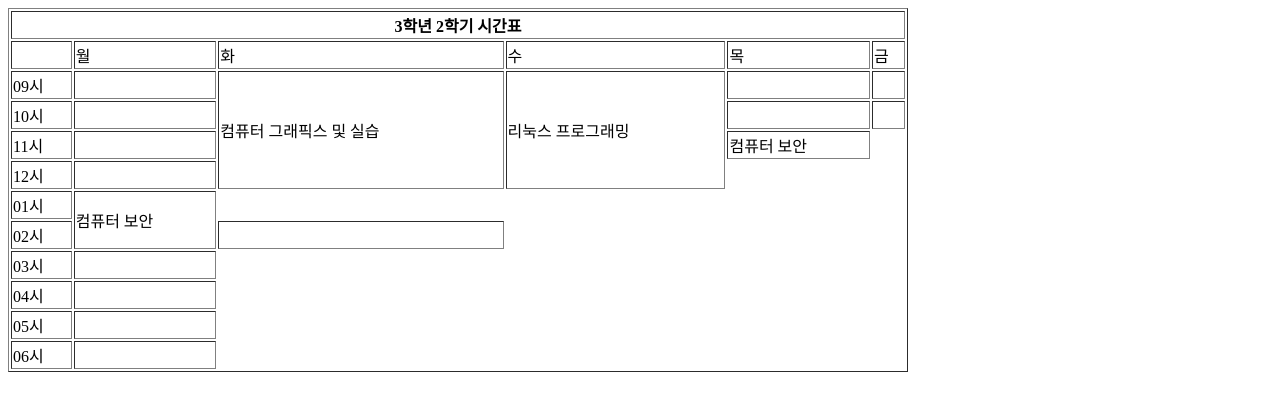
Repository: Cha-Ji/InternetProgramming
Page: week01/WebContent/hw04.html
The author's editor kept a copy of each file at every save. The page is drawn from the files as they stood at one save, then again after the next save.
The browser window is 1280 px wide. The pictures show the whole page.

Above is the page before, as saved 2020-09-06 13:19:44.

### week01/WebContent/hw04.html
<!DOCTYPE html>
<html>
<head>
<meta charset="UTF-8">
<title>3-2 시간표</title>
</head>
<body>
	<table border="1" width ="900" >
	<th colspan = "6">3학년 2학기 시간표</th>
	<tr>
	    <td></td><td>월</td><td>화</td><td>수</td><td>목</td><td>금</td>
	</tr>
	<tr>
	    <td>09시</td>
	    <td></td>
	    <td rowspan = "4">컴퓨터 그래픽스 및 실습</td>
	    <td rowspan = "4">리눅스 프로그래밍</td>
	    <td></td>
	    <td></td>
	</tr>
	<tr>
	    <td>10시</td>
	    <td></td>
	    <td></td>
	    <td></td>

	</tr>
	<tr>
	    <td>11시</td>
	    <td></td>
	    <td>컴퓨터 보안</td>
	</tr>
		<tr>
	    <td>12시</td>
	    <td></td>
	</tr>
	<tr>
	    <td>01시</td>
	    <td rowspan = "2">컴퓨터 보안</td>
	</tr>
	<tr>
	    <td>02시</td>
	    <td></td>
	</tr>
		<tr>
	    <td>03시</td>
	    <td></td>
	</tr>
		<tr>
	    <td>04시</td>
	    <td></td>
	</tr>
	<tr>
	    <td>05시</td>
	    <td></td>
	</tr>
	<tr>
	    <td>06시</td>
	    <td></td>
	</tr>
    </table>
</body>
</html>

After the next save:
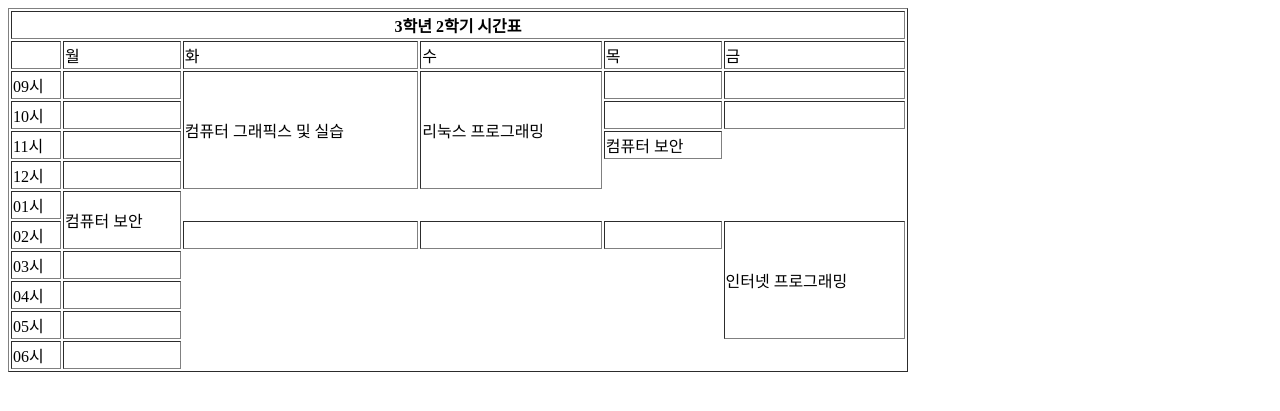
Saved 35 s later.
--- a/week01/WebContent/hw04.html
+++ b/week01/WebContent/hw04.html
@@ -41,6 +41,9 @@
 	<tr>
 	    <td>02시</td>
 	    <td></td>
+	    <td></td>
+	    <td></td>
+	    <td rowspan = "4">인터넷 프로그래밍</td>
 	</tr>
 		<tr>
 	    <td>03시</td>
